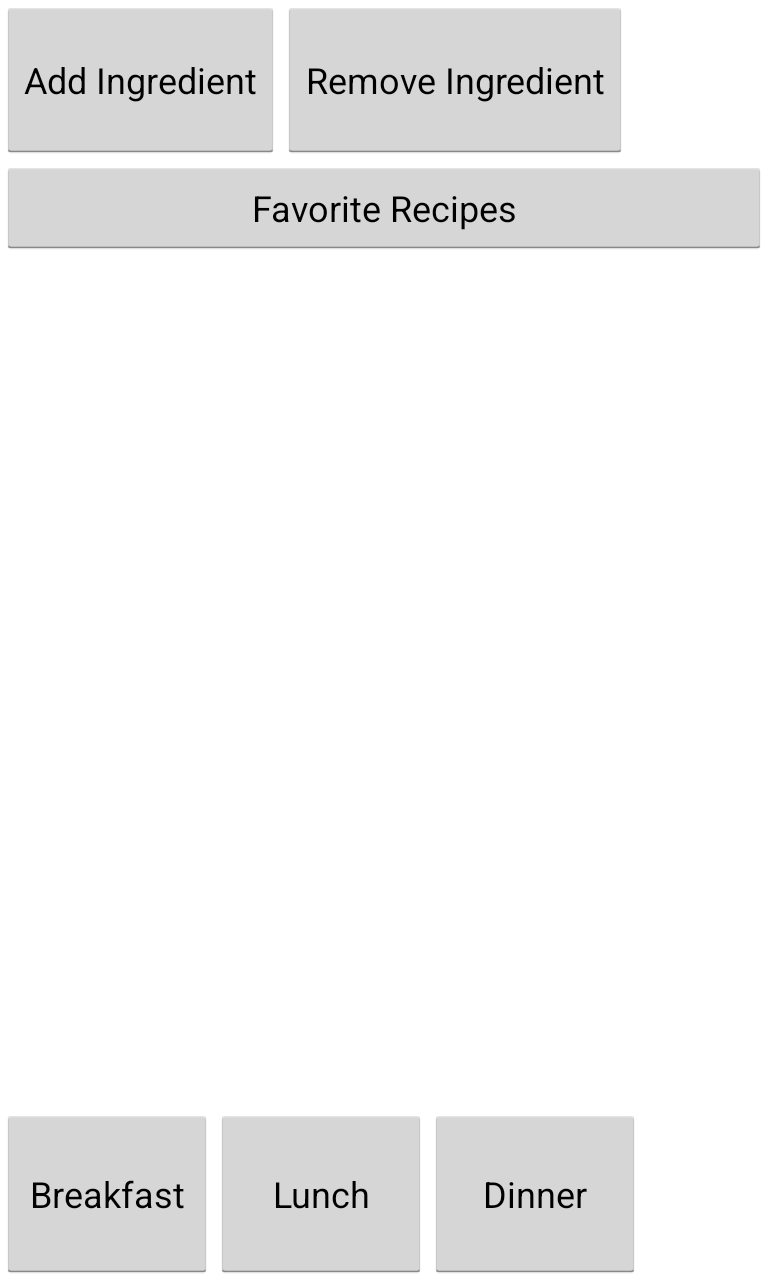
Repository: jmwood22/Boyardroid
Layout: Boyardroid/res/layout/activity_fridge.xml
The author's editor kept a copy of each file at every save. The layout is drawn from the files as they stood at one save, then again after the next save.
It is drawn on a 768 x 1280 px phone screen (xhdpi) without system bars, with theme AppTheme; the app's code is not run.

Above is the layout before, as saved 2013-02-20 10:40:24.

After the next save:
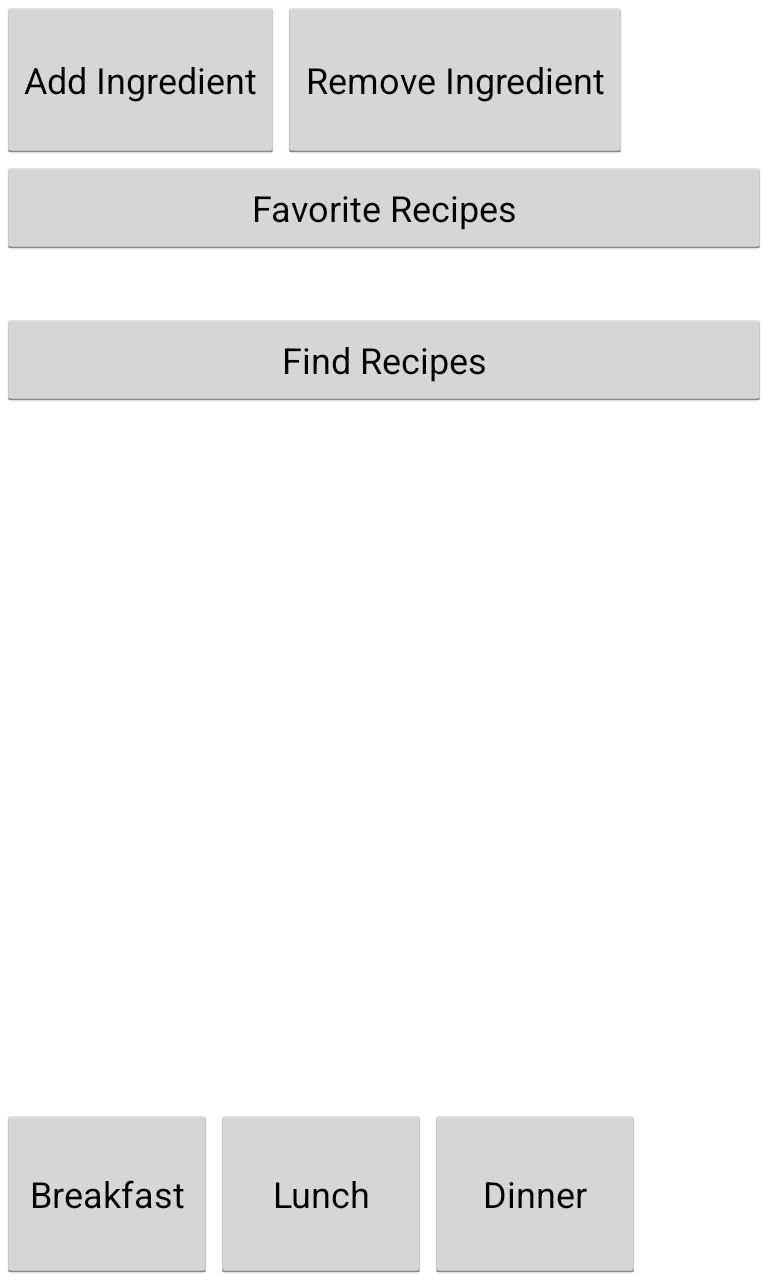
Saved 110 s later.
--- a/Boyardroid/res/layout/activity_fridge.xml
+++ b/Boyardroid/res/layout/activity_fridge.xml
@@ -36,6 +36,16 @@
         android:onClick="favRecipe"
         android:text="@string/favoriteRecipe_button" />
 
+    <Button
+        android:id="@+id/button1"
+        android:layout_width="fill_parent"
+        android:layout_height="wrap_content"
+        android:layout_alignParentLeft="true"
+        android:layout_alignParentTop="true"
+        android:layout_marginTop="28dp"
+        android:onClick="dialogBtn"
+        android:text="@string/find_recipe" />
+
     <LinearLayout
         android:layout_width="wrap_content"
         android:layout_height="0dp"
